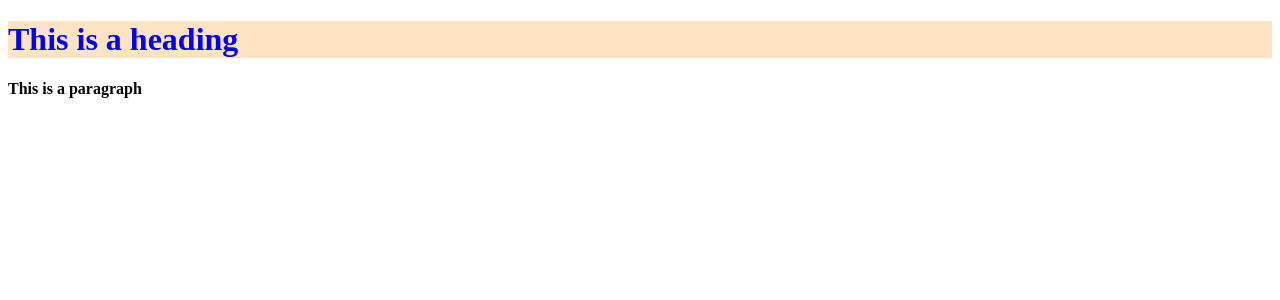
Repository: AishwaryaPandey987/PGLife
Page: home.html
The author's editor kept a copy of each file at every save. The page is drawn from the files as they stood at one save, then again after the next save.
The browser window is 1280 px wide. The pictures show the whole page.

Above is the page before, as saved 2022-10-26 20:09:36.

After the next save:
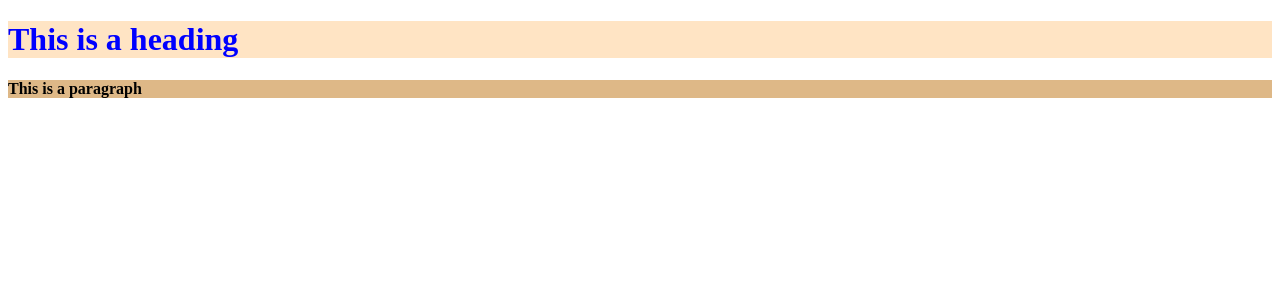
Saved 25 s later.
--- a/css/style.css
+++ b/css/style.css
@@ -5,7 +5,7 @@ div h1{
   background-color: bisque;
 }
 
-p > h4{
+p ,h4{
   color: black;
   background-color: burlywood;
 }
